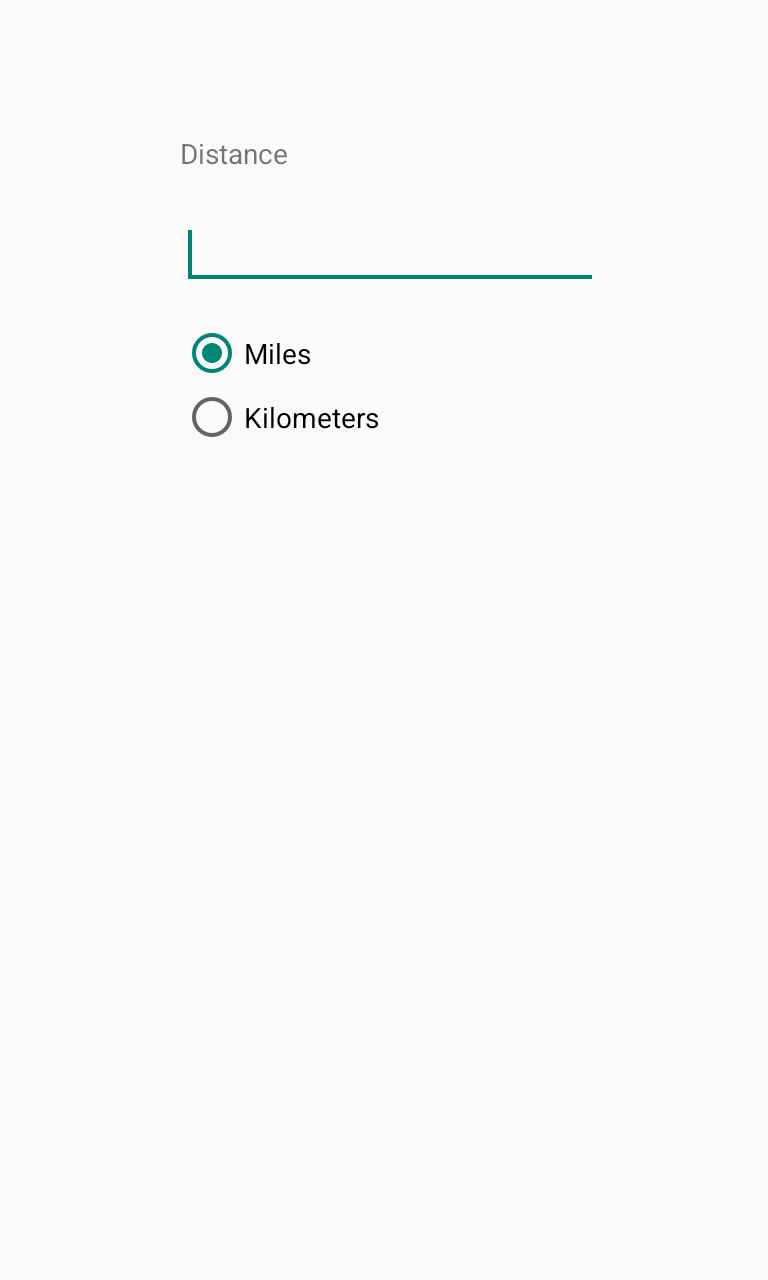
Repository: awayzo/6300Fall14Assignment4
Layout: UnitConvertor/res/layout/activity_main.xml
These files come from the project's save history. The layout is drawn as it stood at one moment and after the next save; the edit follows.
It is drawn on a 768 x 1280 px phone screen (xhdpi) without system bars, with theme AppTheme; the app's code is not run.

Above is the layout before, as saved 2014-09-25 21:43:57.

After the next save:
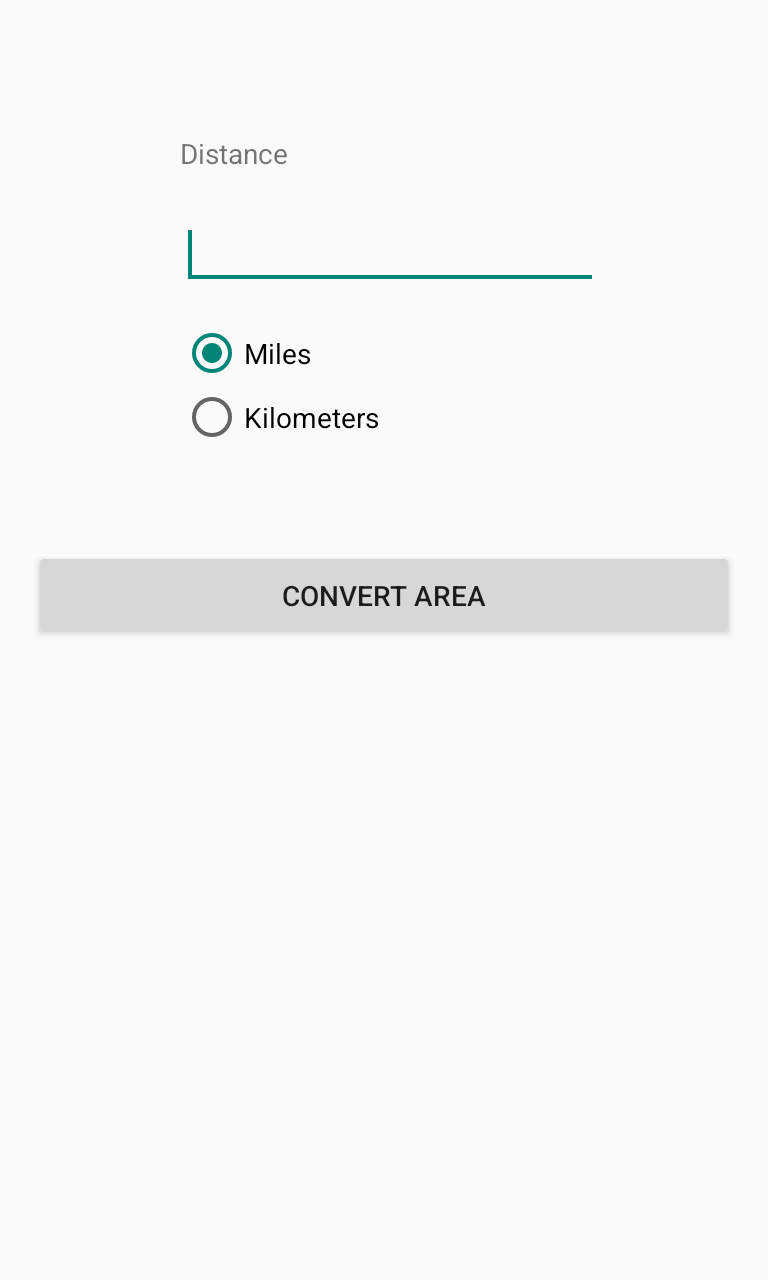
Saved 3 min 17 s later.
--- a/UnitConvertor/res/layout/activity_main.xml
+++ b/UnitConvertor/res/layout/activity_main.xml
@@ -56,4 +56,14 @@
         android:layout_marginTop="51dp"
         android:text="@string/lblDistance" />
 
+    <Button
+        android:id="@+id/btnArea"
+        android:layout_width="match_parent"
+        android:layout_height="wrap_content"
+        android:layout_alignParentLeft="true"
+        android:layout_below="@+id/radioGroup1"
+        android:layout_marginTop="49dp"
+        android:text="Convert Area"
+        android:onClick="goToActivity"/>
+
 </RelativeLayout>
